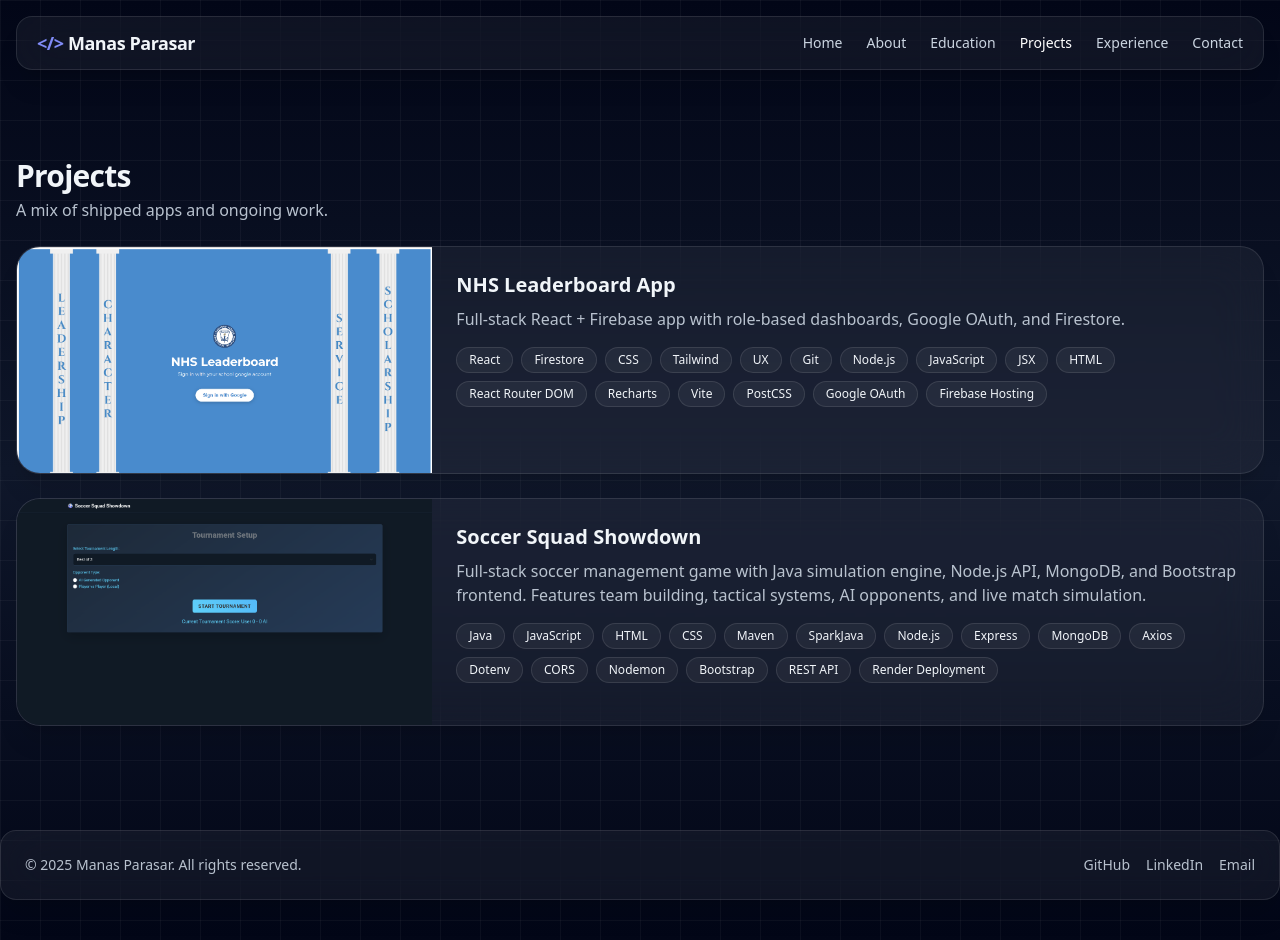
Repository: Manas-Parasar/portfolio-manas-parasar
Page: /projects
The author's editor kept a copy of each file at every save. The page is drawn from the files as they stood at one save, then again after the next save.
The browser window is 1280 px wide. The pictures show the whole page.
The project was rebuilt for these pictures with package versions that can differ from the ones it lists, and the page was loaded fresh each time. Also part of the build but not shown: vite.config.js, src/components/Hero.jsx, src/pages/Home.jsx, src/pages/About.jsx, src/components/TimelineItem.jsx, src/pages/Experience.jsx, src/pages/Contact.jsx. Imported but missing from the stored project, and not drawn on this page: src/assets/Manas Parasar Resume.pdf.

Above is the page before, as saved 2025-10-12 23:04:18.

### index.html
<!DOCTYPE html>
<html lang="en">
  <head>
    <meta charset="UTF-8" />
    <meta name="viewport" content="width=device-width, initial-scale=1.0" />
    <title>Manas Parasar Portfolio</title>
    <meta
      name="description"
      content="Portfolio of Manas Parasar: projects, leadership, research, and impact."
    />
    <link rel="icon" href="/PortfolioFavicon.png" />
  </head>
  <body
    class="min-h-screen bg-gradient-to-b from-slate-950 via-slate-900 to-slate-950 text-slate-100"
  >
    <div id="root"></div>
    <script type="module" src="/src/main.jsx"></script>
  </body>
</html>

### src/main.jsx
import { BrowserRouter } from "react-router-dom";
import "./index.css";
import React from "react";
import ReactDOM from "react-dom/client";
import App from "./App";

ReactDOM.createRoot(document.getElementById("root")).render(
  <React.StrictMode>
    <BrowserRouter>
      <App />
    </BrowserRouter>
  </React.StrictMode>
);

### src/index.css
@tailwind base;
@tailwind components;
@tailwind utilities;

html,
body {
  margin: 0;
  padding: 0;
  box-sizing: border-box;
  overscroll-behavior: none;
  overflow-x: hidden;
}

html {
  background-color: #0aa345; /* slate-900 */
}

html,
body {
  margin: 0;
  padding: 0;
  box-sizing: border-box;
}

html {
  background-color: #0f172a; /* slate-900 */
}

/* Subtle selection & scrollbar tweaks */
::selection {
  background: #175430;
  color: white;
}
::-webkit-scrollbar {
  width: 10px;
}
::-webkit-scrollbar-thumb {
  background: rgba(148, 184, 155, 0.4);
  border-radius: 999px;
}

/* Reusable utilities */
@layer utilities {
  .glass {
    @apply bg-white/5 backdrop-blur-xl border border-white/10 shadow-xl;
  }
  .btn {
    @apply inline-flex items-center gap-2 rounded-2xl px-5 py-2 font-medium transition;
  }
  .btn-primary {
    @apply btn bg-brand-600 hover:bg-brand-500 text-white;
  }
  .btn-ghost {
    @apply btn glass hover:bg-white/10;
  }
  .headline {
    @apply text-4xl md:text-5xl font-extrabold tracking-tight;
  }
  .subtle {
    @apply text-slate-300/90;
  }
}

### src/App.jsx
import { Routes, Route } from "react-router-dom";
import Navbar from "./components/Navbar";
import Footer from "./components/Footer";
import Home from "./pages/Home";
import About from "./pages/About";
import Projects from "./pages/Projects";
import Experience from "./pages/Experience";
import Contact from "./pages/Contact";
import Education from "./pages/Education";

export default function App() {
  return (
    <div className="min-h-screen flex flex-col bg-grid-sheer bg-grid-sheer bg-[length:40px_40px] overflow-hidden">
      <div className="absolute inset-0 -z-10 opacity-70" aria-hidden>
        <div className="absolute -top-40 -left-40 h-96 w-96 rounded-full bg-brand-500 blur-[120px] opacity-30 animate-float" />
      </div>
      <Navbar />
      <main className="container py-10 flex-grow">
        <Routes>
          <Route path="/" element={<Home />} />
          <Route path="/about" element={<About />} />
          <Route path="/education" element={<Education />} />
          <Route path="/projects" element={<Projects />} />
          <Route path="/experience" element={<Experience />} />
          <Route path="/contact" element={<Contact />} />
        </Routes>
      </main>
      <Footer />
    </div>
  );
}

### src/components/Navbar.jsx
import { Link, NavLink } from "react-router-dom";
import { Menu, X } from "lucide-react";
import { useState } from "react";

export default function Navbar() {
  const [open, setOpen] = useState(false);
  const nav = [
    { to: "/", label: "Home" },
    { to: "/about", label: "About" },
    { to: "/education", label: "Education" },
    { to: "/projects", label: "Projects" },
    { to: "/experience", label: "Experience" },
    { to: "/contact", label: "Contact" },
  ];

  const NavItems = ({ onClick }) => (
    <ul className="flex flex-col md:flex-row gap-4 md:gap-6 text-sm">
      {nav.map((n) => (
        <li key={n.to}>
          <NavLink
            to={n.to}
            onClick={onClick}
            className={({ isActive }) =>
              `transition hover:text-white ${
                isActive ? "text-white" : "text-slate-300"
              }`
            }
          >
            {n.label}
          </NavLink>
        </li>
      ))}
    </ul>
  );

  return (
    <header className="sticky top-0 z-50">
      <div className="container mt-4">
        <div className="glass rounded-2xl px-5 py-3 flex items-center justify-between">
          <Link to="/" className="font-black tracking-tight text-lg">
            <span className="text-brand-400">&lt;/&gt;</span> Manas Parasar
          </Link>
          <nav className="hidden md:block">
            <NavItems />
          </nav>
          <button
            className="md:hidden btn-ghost"
            onClick={() => setOpen(!open)}
            aria-label="Toggle Menu"
          >
            {open ? <X size={20} /> : <Menu size={20} />}
          </button>
        </div>
        {open && (
          <div className="md:hidden mt-2 glass rounded-2xl px-5 py-4">
            <NavItems onClick={() => setOpen(false)} />
          </div>
        )}
      </div>
    </header>
  );
}

### src/components/Footer.jsx
export default function Footer() {
  return (
    <footer className="mt-16 pb-10">
      <div className="container glass rounded-2xl p-6 flex flex-col md:flex-row items-center justify-between gap-4">
        <p className="text-sm subtle">
          © {new Date().getFullYear()} Manas Parasar. All rights reserved.
        </p>
        <div className="text-sm subtle flex gap-4">
          <a
            href="https://github.com/"
            target="_blank"
            className="hover:text-white"
          >
            GitHub
          </a>
          <a
            href="https://linkedin.com/"
            target="_blank"
            className="hover:text-white"
          >
            LinkedIn
          </a>
          <a href="mailto:manas@example.com" className="hover:text-white">
            Email
          </a>
        </div>
      </div>
    </footer>
  );
}

### src/pages/Projects.jsx
import ProjectCard from "../components/ProjectCard";
import Section from "../components/Section";
import nhsLeaderboardScreenshot from "../assets/NHS Leaderboard Screenshot.png";
import soccerSquadShowdownScreenshot from "../assets/Soccer Squad Showdown Screenshot.png";

export default function Projects() {
  const items = [
    {
      title: "NHS Leaderboard App",
      desc: "Full-stack React + Firebase app with role-based dashboards, Google OAuth, and Firestore.",
      tags: [
        "React",
        "Firestore",
        "CSS",
        "Tailwind",
        "UX",
        "Git",
        "Node.js",
        "JavaScript",
        "JSX",
        "HTML",
        "React Router DOM",
        "Recharts",
        "Vite",
        "PostCSS",
        "Google OAuth",
        "Firebase Hosting",
      ],
      link: "https://github.com/Manas-Parasar/NHS-Service-Hours-Leaderboard",
      img: nhsLeaderboardScreenshot,
    },
    {
      title: "Soccer Squad Showdown",
      desc: "Full-stack soccer management game with Java simulation engine, Node.js API, MongoDB, and Bootstrap frontend. Features team building, tactical systems, AI opponents, and live match simulation.",
      tags: [
        "Java",
        "JavaScript",
        "HTML",
        "CSS",
        "Maven",
        "SparkJava",
        "Node.js",
        "Express",
        "MongoDB",
        "Axios",
        "Dotenv",
        "CORS",
        "Nodemon",
        "Bootstrap",
        "REST API",
        "Render Deployment",
      ],
      link: "https://github.com/Manas-Parasar/Soccer-Squad-Showdown",
      img: soccerSquadShowdownScreenshot,
    },
  ];

  return (
    <Section
      title="Projects"
      subtitle="A mix of shipped apps and ongoing work."
    >
      <div className="grid gap-6">
        {items.map((p) => (
          <ProjectCard
            key={p.title}
            title={p.title}
            desc={p.desc}
            tags={p.tags}
            link={p.link}
            img={p.img}
          />
        ))}
      </div>
    </Section>
  );
}

### src/pages/Education.jsx
import { FaJava, FaRegCopyright } from "react-icons/fa";
import { DiVisualstudio } from "react-icons/di";
import {
  SiJavascript,
  SiReact,
  SiPython,
  SiFirebase,
  SiTailwindcss,
  SiGit,
  SiGithub,
  SiHtml5,
  SiCss3,
  SiCplusplus,
  SiNodedotjs,
  SiTypescript,
  SiExpress,
} from "react-icons/si";
import React from "react";

const skills = [
  { name: "Java", icon: <FaJava />, color: "text-red-500" },
  { name: "React", icon: <SiReact />, color: "text-blue-500" },
  { name: "Python", icon: <SiPython />, color: "text-yellow-500" },
  { name: "Firebase", icon: <SiFirebase />, color: "text-yellow-400" },
  { name: "Tailwind", icon: <SiTailwindcss />, color: "text-teal-500" },
  { name: "GitHub", icon: <SiGithub />, color: "text-gray-400" },
  { name: "Git", icon: <SiGit />, color: "text-orange-600" },
  { name: "HTML", icon: <SiHtml5 />, color: "text-orange-500" },
  { name: "CSS", icon: <SiCss3 />, color: "text-blue-600" },
  { name: "JavaScript", icon: <SiJavascript />, color: "text-yellow-300" },
  { name: "TypeScript", icon: <SiTypescript />, color: "text-blue-400" },
  { name: "C", icon: <FaRegCopyright />, color: "text-blue-600" },
  { name: "C++", icon: <SiCplusplus />, color: "text-blue-700" },
  { name: "Express.js", icon: <SiExpress />, color: "text-gray-400" },
  { name: "Node.js", icon: <SiNodedotjs />, color: "text-green-500" },
  { name: "Visual Studio", icon: <DiVisualstudio />, color: "text-blue-500" },
];

export default function Education() {
  return (
    <div className="space-y-6">
      <div className="glass rounded-3xl p-6 hover:shadow-glow transition">
        <h3 className="font-semibold mb-2 text-2xl text-brand-400">College</h3>
        <div className="subtle">
          <p className="font-bold">Paradise Valley Community College</p>
          <p>Associate of Science in Computer Science</p>
          <p>Expected Graduation: May 2026</p>
          <br />
          <p>Associate of Arts in Mathematics</p>
          <p>Expected Graduation: May 2026</p>
        </div>
      </div>
      <div className="glass rounded-3xl p-6 hover:shadow-glow transition">
        <h3 className="font-semibold mb-2 text-2xl text-brand-400">
          High School
        </h3>
        <div className="subtle">
          <p className="font-bold">
            Arizona Agribusiness & Equine Center - Paradise Valley
          </p>
          <p>High School Diploma</p>
          <p>May 2026</p>
          <p>Phoenix, AZ</p>
        </div>
      </div>
      <div className="glass rounded-3xl p-6 hover:shadow-glow transition">
        <h3 className="font-semibold mb-2 text-2xl text-brand-400">
          Academics & Scores
        </h3>
        <ul className="subtle list-disc list-inside space-y-1">
          <li>SAT: 1530 (770 Math, 760 English)</li>
          <li>ACT: 35 (36 Math, 36 Science, 36 English, 33 Reading)</li>
          <li>GPA: 4.00 (Unweighted)</li>
        </ul>
      </div>
      <div className="glass rounded-3xl p-6 hover:shadow-glow transition">
        <h3 className="font-semibold mb-2 text-2xl text-brand-400">
          Certifications & Awards
        </h3>
        <ul className="subtle list-disc list-inside space-y-1">
          <li>Python Essential Training Certification (LinkedIn Learning)</li>
          <li>Introduction to Web APIs Certification (LinkedIn Learning)</li>
          <li>President’s Honor Roll (Paradise Valley Community College)</li>
          <li>
            4.0 Honor Roll (3x, Arizona Agribusiness & Equine Center - Paradise
            Valley)
          </li>
          <li>
            Excellence in Science (2024 - 2025, Arizona Agribusiness & Equine
            Center - Paradise Valley)
          </li>
        </ul>
      </div>
      <div className="glass rounded-3xl p-6 hover:shadow-glow transition">
        <h3 className="font-semibold mb-2 text-2xl text-brand-400">
          Related Coursework
        </h3>
        <div className="grid grid-cols-1 md:grid-cols-2 gap-4 subtle">
          <div>
            <ul className="list-disc list-inside space-y-1">
              <li>Geometry 1-2</li>
              <li>Algebra 3-4</li>
              <li>Pre-Calculus 1-2</li>
              <li>College Algebra/Functions (MAT151)</li>
              <li>Calculus with Analytical Geometry I (MAT220)</li>
              <li>Calculus with Analytical Geometry II (MAT230)</li>
              <li>Biology 1-2</li>
            </ul>
          </div>
          <div>
            <ul className="list-disc list-inside space-y-1">
              <li>Chemistry 1-2</li>
              <li>Introduction to Computer Science (Java) (CSC110AB)</li>
              <li>
                Object Oriented Programming and Data Structures (Java)
                (CSC205AC)
              </li>
              <li>Digital Design Fundamentals (CSC120)</li>
              <li>
                Introduction to Different Programming Languages (CSC240AA)
              </li>
              <li>Introduction to Logic (PHI103)</li>
            </ul>
          </div>
        </div>
      </div>
      <div className="glass rounded-3xl p-6 hover:shadow-glow transition">
        <h3 className="font-semibold mb-2 text-2xl text-brand-400">Skills</h3>
        <div className="grid grid-cols-2 md:grid-cols-4 gap-4">
          {skills.map((skill) => (
            <div
              key={skill.name}
              className="flex items-center gap-4 bg-white/5 p-4 rounded-lg transition-all duration-300 ease-in-out hover:bg-white/10 hover:scale-105 hover:shadow-glow"
            >
              <div className={`text-4xl ${skill.color}`}>{skill.icon}</div>
              <div>
                <h4 className="font-bold">{skill.name}</h4>
              </div>
            </div>
          ))}
        </div>
      </div>
    </div>
  );
}

### src/components/Section.jsx
export default function Section({ title, subtitle, children, cta }) {
  return (
    <section className="mt-12">
      <div className="flex items-end justify-between gap-4 mb-6">
        <div>
          <h2 className="text-2xl md:text-3xl font-bold tracking-tight">
            {title}
          </h2>
          {subtitle && <p className="subtle mt-1">{subtitle}</p>}
        </div>
        {cta}
      </div>
      <div className="grid gap-6">{children}</div>
    </section>
  );
}

### src/components/ProjectCard.jsx
import { motion } from "framer-motion";

export default function ProjectCard({
  title,
  desc,
  tags = [],
  img = "https://images.unsplash.com/photo-1522071820081-009f0129c71c?q=80&w=1400&auto=format&fit=crop",
  link = "#",
}) {
  return (
    <motion.a
      href={link}
      target="_blank"
      rel="noreferrer"
      initial={{ opacity: 0, y: 20 }}
      whileInView={{ opacity: 1, y: 0 }}
      viewport={{ once: true }}
      transition={{ duration: 0.5 }}
      className="group glass rounded-3xl overflow-hidden grid md:grid-cols-3"
    >
      <div className="md:col-span-1">
        <img
          src={img}
          alt={title}
          className="h-48 md:h-full w-full object-cover transition group-hover:scale-105"
        />
      </div>
      <div className="md:col-span-2 p-6">
        <h3 className="text-xl font-bold mb-2">{title}</h3>
        <p className="subtle mb-4">{desc}</p>
        <div className="flex flex-wrap gap-2">
          {tags.map((t) => (
            <span
              key={t}
              className="px-3 py-1 rounded-full bg-white/5 text-xs border border-white/10"
            >
              {t}
            </span>
          ))}
        </div>
      </div>
    </motion.a>
  );
}

### tailwind.config.js
/** @type {import('tailwindcss').Config} */
export default {
  content: ["./index.html", "./src/**/*.{js,jsx,ts,tsx}"],
  theme: {
    extend: {
      container: { center: true, padding: "1rem" },
      fontFamily: {
        display: ["Inter", "ui-sans-serif", "system-ui"],
      },
      colors: {
        brand: {
          50: "#eef2ff",
          100: "#e0e7ff",
          200: "#c7d2fe",
          300: "#a5b4fc",
          400: "#818cf8",
          500: "#6366f1",
          600: "#4f46e5",
          700: "#4338ca",
          800: "#3730a3",
          900: "#312e81",
        },
      },
      boxShadow: {
        glow: "0 0 0 0 rgba(99,102,241,0.5), 0 0 80px 10px rgba(99,102,241,0.25)",
      },
      backgroundImage: {
        "grid-sheer":
          "linear-gradient(rgba(255,255,255,0.04) 1px, transparent 1px), linear-gradient(90deg, rgba(255,255,255,0.04) 1px, transparent 1px)",
      },
      backgroundSize: {
        "grid-sheer": "40px 40px",
      },
      animation: {
        float: "float 6s ease-in-out infinite",
        shimmer: "shimmer 4s linear infinite",
      },
      keyframes: {
        float: {
          "0%, 100%": { transform: "translateY(0px)" },
          "50%": { transform: "translateY(-10px)" },
        },
        shimmer: {
          "0%": { backgroundPosition: "-200% 0" },
          "100%": { backgroundPosition: "200% 0" },
        },
      },
    },
  },
  plugins: [],
};

After the next save:
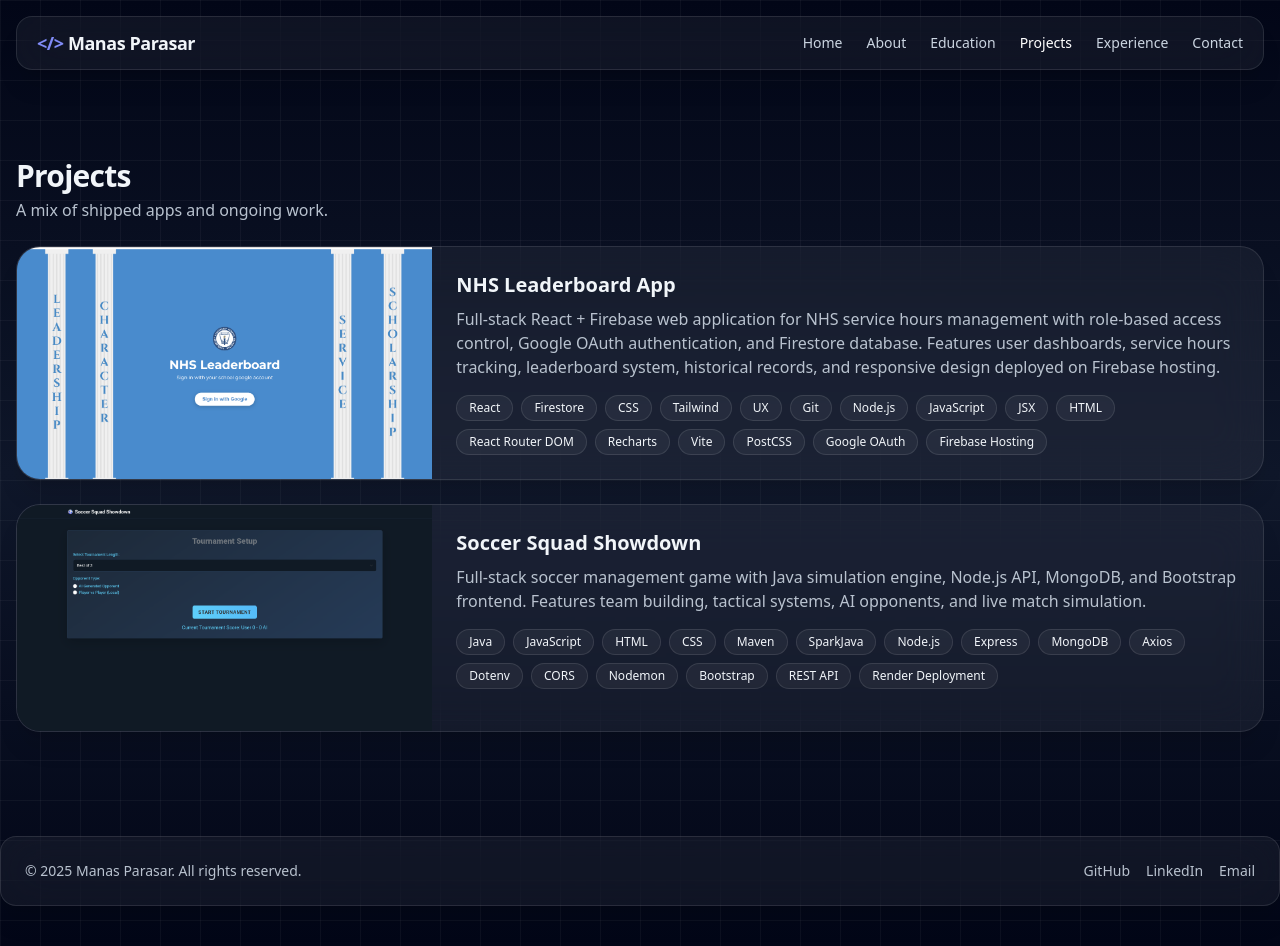
Saved 4 min 31 s later.
--- a/src/pages/Projects.jsx
+++ b/src/pages/Projects.jsx
@@ -7,7 +7,7 @@ export default function Projects() {
   const items = [
     {
       title: "NHS Leaderboard App",
-      desc: "Full-stack React + Firebase app with role-based dashboards, Google OAuth, and Firestore.",
+      desc: "Full-stack React + Firebase web application for NHS service hours management with role-based access control, Google OAuth authentication, and Firestore database. Features user dashboards, service hours tracking, leaderboard system, historical records, and responsive design deployed on Firebase hosting.",
       tags: [
         "React",
         "Firestore",
